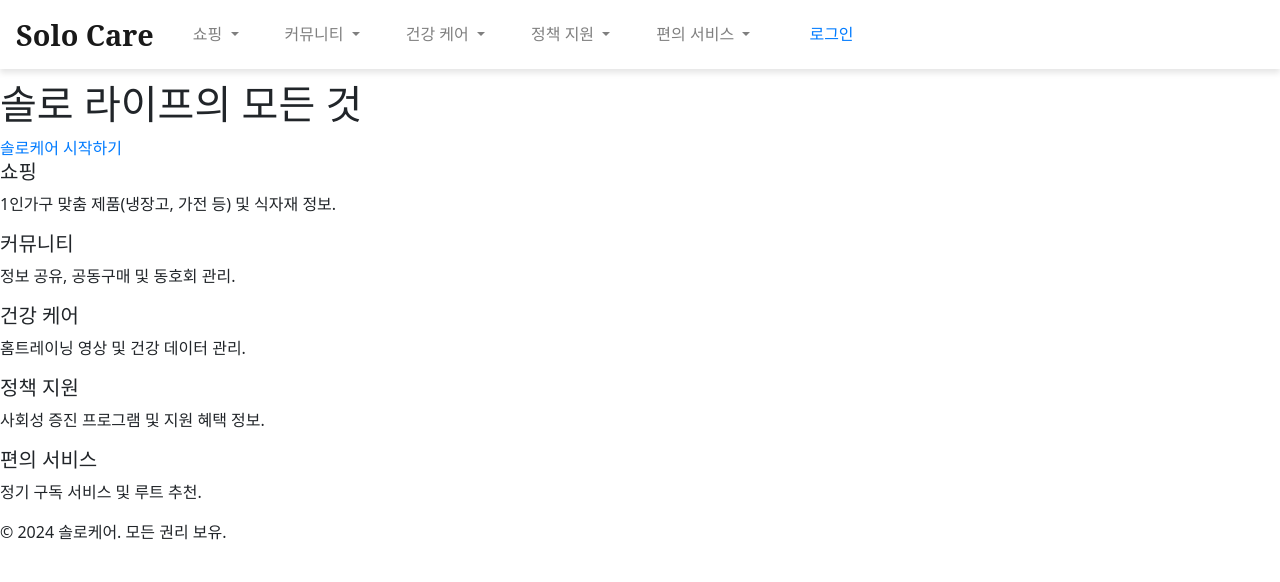
Repository: HB1112/cloud
Page: http://localhost/Solocare/WEB-INF/views/welcome.jsp
An editor plug-in stored every save of this project. The page is shown before and after the next save, followed by the edit.
The browser window is 1280 px wide. The pictures show the whole page.
The page is served by Tomcat 9. Nobody is signed in. Other server files are loaded and not shown. The template is opened directly, without the code that normally fills it, so the values that code supplies are empty.

Above is the page before, as saved 2024-12-10 05:22:27.
Console error: TypeError: Cannot set properties of null (setting 'onclick')

### Solocare/src/main/webapp/WEB-INF/views/welcome.jsp
<%@ page contentType="text/html; charset=UTF-8" language="java" %>
<!DOCTYPE html>
<html lang="ko">
<head>
    <meta charset="UTF-8">
    <meta name="viewport" content="width=device-width, initial-scale=1.0">
    <title>솔로케어(SoloCare)</title>
    <link rel="stylesheet" href="https://maxcdn.bootstrapcdn.com/bootstrap/4.5.2/css/bootstrap.min.css">
    <link href="https://fonts.googleapis.com/css2?family=Noto+Sans:wght@400;500;700&family=Noto+Serif:wght@400;700&display=swap" rel="stylesheet">
    <link href="https://cdnjs.cloudflare.com/ajax/libs/font-awesome/5.15.4/css/all.min.css" rel="stylesheet">
    <script src="https://code.jquery.com/jquery-3.5.1.slim.min.js"></script>
    <script src="https://cdn.jsdelivr.net/npm/@popperjs/core@2.9.2/dist/umd/popper.min.js"></script>
    <script src="https://maxcdn.bootstrapcdn.com/bootstrap/4.5.2/js/bootstrap.min.js"></script>
</head>
<body>
    <%@ include file="menu.jsp"%>

    <!-- 메인 콘텐츠 -->
<div class="main-content">
    <div>
        <h1>솔로 라이프의 모든 것</h1>
        <a href="${pageContext.request.contextPath}/login">솔로케어 시작하기</a> <!-- 로그인 폼으로 연결 -->
    </div>

    <div>
        <div>
            <h5>쇼핑</h5>
            <p>1인가구 맞춤 제품(냉장고, 가전 등) 및 식자재 정보.</p>
        </div>
        <div>
            <h5>커뮤니티</h5>
            <p>정보 공유, 공동구매 및 동호회 관리.</p>
        </div>
        <div>
            <h5>건강 케어</h5>
            <p>홈트레이닝 영상 및 건강 데이터 관리.</p>
        </div>
        <div>
            <h5>정책 지원</h5>
            <p>사회성 증진 프로그램 및 지원 혜택 정보.</p>
        </div>
        <div>
            <h5>편의 서비스</h5>
            <p>정기 구독 서비스 및 루트 추천.</p>
        </div>
    </div>
</div>

    <!-- 푸터 -->
    <footer>
        <p>© 2024 솔로케어. 모든 권리 보유.</p>
    </footer>

    <script>
        // 드롭다운 메뉴 토글 기능
        document.getElementById('shoppingDropdown').onclick = function() {
            var dropdown = document.getElementById('dropdownMenu');
            dropdown.style.display = dropdown.style.display === 'none' || dropdown.style.display === '' ? 'block' : 'none';
        };

        document.getElementById('communityDropdown').onclick = function() {
            var communityDropdown = document.getElementById('communityMenu');
            communityDropdown.style.display = communityDropdown.style.display === 'none' || communityDropdown.style.display === '' ? 'block' : 'none';
        };

        document.getElementById('healthDropdown').onclick = function() {
            var healthDropdown = document.getElementById('healthMenu');
            healthDropdown.style.display = healthDropdown.style.display === 'none' || healthDropdown.style.display === '' ? 'block' : 'none';
        };

        document.getElementById('policyDropdown').onclick = function() {
            var policyDropdown = document.getElementById('policyMenu');
            policyDropdown.style.display = policyDropdown.style.display === 'none' || policyDropdown.style.display === '' ? 'block' : 'none';
        };

        document.getElementById('serviceDropdown').onclick = function() {
            var serviceDropdown = document.getElementById('serviceMenu');
            serviceDropdown.style.display = serviceDropdown.style.display === 'none' || serviceDropdown.style.display === '' ? 'block' : 'none';
        };
    </script>
</body>
</html>

### Solocare/src/main/webapp/WEB-INF/views/menu.jsp
<%@ page contentType="text/html; charset=UTF-8" language="java" %>
   <style>
        body {
            font-family: 'Noto Sans', sans-serif;
        }
        .navbar {
            background-color: white;
            box-shadow: 0 4px 6px rgba(0, 0, 0, 0.1);
        }
        .navbar-brand {
            font-family: 'Noto Serif', serif;
            font-size: 1.8rem;
            font-weight: bold;
            color: #005B96;
            transition: transform 0.3s ease;
        }
        .navbar-brand:hover {
            transform: scale(1.1);
        }
        .navbar-nav .nav-link {
            margin: 0 15px;
            color: #005B96;
            font-weight: 500;
            transition: all 0.3s ease;
        }
        .navbar-nav .nav-link:hover {
            color: #FFD700;
            transform: translateY(-3px);
        }
        .dropdown-menu {
            background: #f8f9fa;
            border: none;
            border-radius: 5px;
            box-shadow: 0 4px 8px rgba(0, 0, 0, 0.1);
        }
        .dropdown-item {
            color: #005B96;
            font-weight: 500;
        }
        .dropdown-item:hover {
            background: #005B96;
            color: white;
        }
        .search {
            display: flex;
            align-items: center;
            margin-left: auto; /* 오른쪽 끝으로 붙이기 */
        }
        .search input {
            border-radius: 30px;
            border: 2px solid #005B96;
            margin-right: 10px; /* 검색창과 버튼 사이 간격 */
        }
        .search button {
            color: white;
            background: #005B96;
            border-radius: 50%;
            border: none;
            padding: 5px 10px;
        }
        .user-links {
            margin-left: 20px; /* 로그인/회원가입 간격 */
        }
        .main-content {
            margin-top: 80px; /* 내비게이션 바 높이에 맞춰 여백 추가 */
        }
    </style>
<link href="https://fonts.googleapis.com/css2?family=Montserrat:wght@400;700&display=swap" rel="stylesheet">
<nav class="navbar navbar-expand-lg navbar-light fixed-top" style="font-family: 'Montserrat', sans-serif;">
    <a class="navbar-brand" href="#">Solo Care</a>
    <button class="navbar-toggler" type="button" data-toggle="collapse" data-target="#navbarNav" aria-controls="navbarNav" aria-expanded="false" aria-label="Toggle navigation">
        <span class="navbar-toggler-icon"></span>
    </button>
    <div class="collapse navbar-collapse" id="navbarNav">
        <ul class="navbar-nav">
            <li class="nav-item dropdown">
                <a class="nav-link dropdown-toggle" href="#" id="shoppingDropdown" role="button" data-toggle="dropdown" aria-haspopup="true" aria-expanded="false">
                    쇼핑
                </a>
                <div class="dropdown-menu" aria-labelledby="shoppingDropdown">
                    <a class="dropdown-item" href="search">1인 가구 맞춤 가전 제품</a>
                    <a class="dropdown-item" href="#">1인 가구 맞춤 식자재</a>
                    <a class="dropdown-item" href="#">보안 제품 추천</a>
                </div>
            </li>
            <li class="nav-item dropdown">
                <a class="nav-link dropdown-toggle" href="#" id="homeCareDropdown" role="button" data-toggle="dropdown" aria-haspopup="true" aria-expanded="false">
                    커뮤니티
                </a>
                <div class="dropdown-menu" aria-labelledby="homeCareDropdown">
                    <a class="dropdown-item" href="board?category=tip&page=1">정보 공유 (집 꾸미기, 생활 팁)</a>
                    <a class="dropdown-item" href="tradeboard">중고거래</a>
                    <a class="dropdown-item" href="club/board">동호회 관리 및 모집 / 필요시 대관 정보</a>
                </div>
            </li>
            <li class="nav-item dropdown">
                <a class="nav-link dropdown-toggle" href="#" id="safetyHealthDropdown" role="button" data-toggle="dropdown" aria-haspopup="true" aria-expanded="false">
                    건강 케어
                </a>
                <div class="dropdown-menu" aria-labelledby="safetyHealthDropdown">
                    <a class="dropdown-item" href="#">간단한 홈트레이닝 영상 제공</a>
                    <a class="dropdown-item" href="#">건강 데이터 통합 관리</a>
                    <a class="dropdown-item" href="#">집 주변 약국 운영시간, 야간운영? 정보</a>
                </div>
            </li>
            <li class="nav-item dropdown">
                <a class="nav-link dropdown-toggle" href="#" id="policyDropdown" role="button" data-toggle="dropdown" aria-haspopup="true" aria-expanded="false">
                    정책 지원
                </a>
                <div class="dropdown-menu" aria-labelledby="policyDropdown">
                    <a class="dropdown-item" href="#">사회성 증진 프로그램</a>
                    <a class="dropdown-item" href="#">지원 혜택</a>
                    <a class="dropdown-item" href="#">응급 대처 가이드</a>
                </div>
            </li>
            <li class="nav-item dropdown">
                <a class="nav-link dropdown-toggle" href="#" id="serviceDropdown" role="button" data-toggle="dropdown" aria-haspopup="true" aria-expanded="false">
                    편의 서비스
                </a>
                <div class="dropdown-menu" aria-labelledby="serviceDropdown">
                    <a class="dropdown-item" href="#">정기 구독 식품, 청소, 심부름</a>
                    <a class="dropdown-item" href="#">안심 귀가 루트 추천</a>
                </div>
            </li>
        </ul>

        <%
            if (request.getSession().getAttribute("mem") != null) {
        %>
            <div class="user-links">
                <p>${mem.name}님 환영합니다</p>
                <a href="infocheck" class="nav-link">내 정보</a>
                <a href="logout" class="nav-link">로그아웃</a>
                <a href="list" class="nav-link">일정관리</a>
            </div>
        <%
            } else {
        %>
            <div class="user-links">
                <a href="login" class="nav-link">로그인</a>
            </div>
        <%
            }
        %>
    </div>
</nav>

### Solocare/src/main/webapp/WEB-INF/views/footer.jsp
<%@ page contentType="text/html; charset=UTF-8" language="java" %>
<footer class="bg-light text-dark py-2">
    <div class="d-flex justify-content-between align-items-center" style="max-width: 1800px; margin: 0 auto; padding-left: 15px; padding-right: 15px;">
        <div style="font-family: 'Montserrat', sans-serif; font-size: 0.8rem;">
            © 2024 Solocare
        </div>
        <div style="font-family: 'Montserrat', sans-serif; font-size: 0.8rem;">
            <a href="/privacy" class="text-dark me-3 text-decoration-none">개인정보 처리방침</a>
            <a href="/terms" class="text-dark text-decoration-none">이용약관</a>
        </div>
    </div>
</footer>

After the next save:
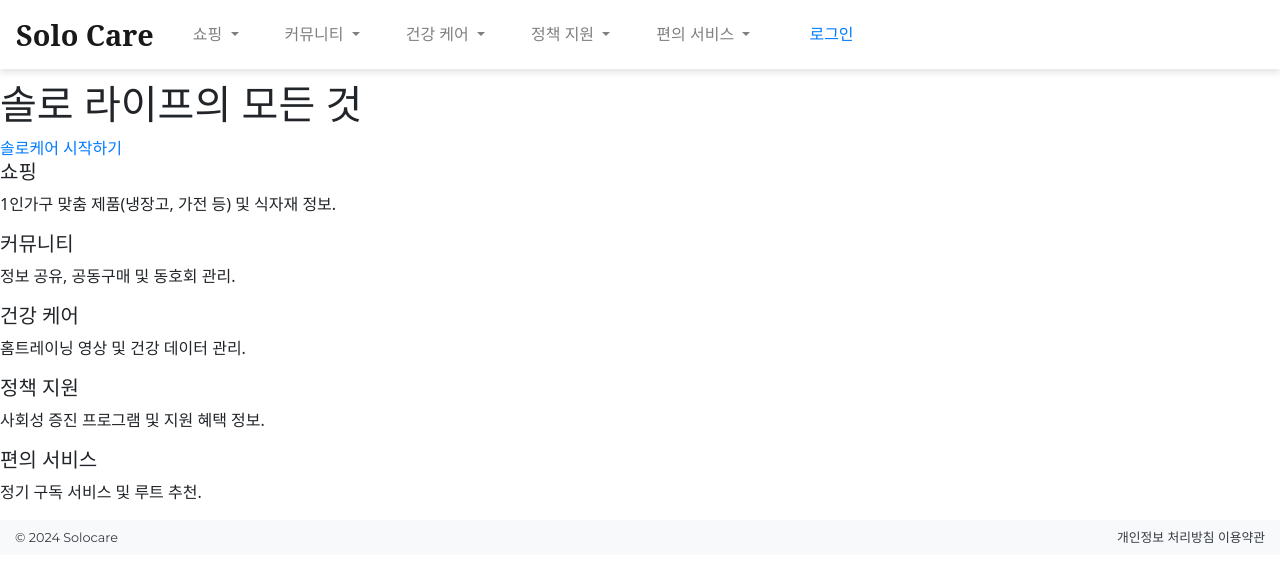
Saved 19 s later.
--- a/Solocare/src/main/webapp/WEB-INF/views/welcome.jsp
+++ b/Solocare/src/main/webapp/WEB-INF/views/welcome.jsp
@@ -47,9 +47,7 @@
 </div>
 
     <!-- 푸터 -->
-    <footer>
-        <p>© 2024 솔로케어. 모든 권리 보유.</p>
-    </footer>
+    <%@ include file="footer.jsp"%>
 
     <script>
         // 드롭다운 메뉴 토글 기능
